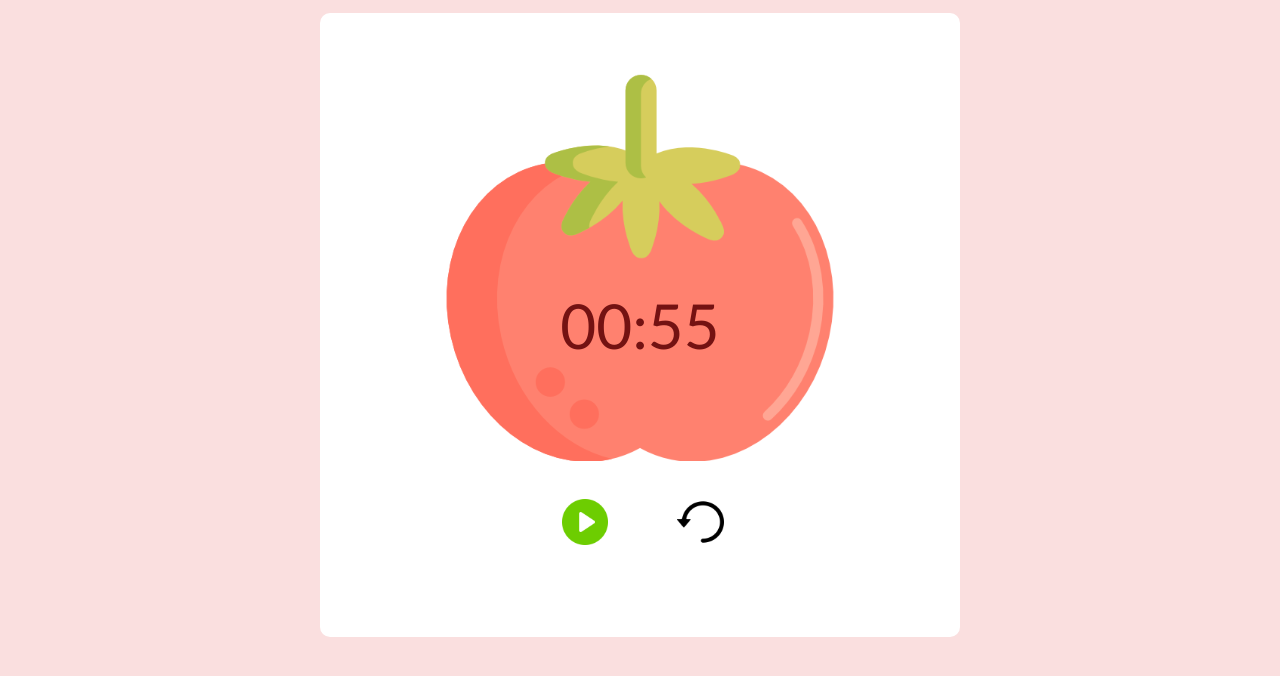
Repository: Dirlandia404/pomodoro
Page: /
The author's editor kept a copy of each file at every save. The page is drawn from the files as they stood at one save, then again after the next save.
The browser window is 1280 px wide. The pictures show the whole page.
The project was rebuilt for these pictures with package versions that can differ from the ones it lists, and the page was loaded fresh each time.

Above is the page before, as saved 2021-11-26 08:34:11.

### public/index.html
<!DOCTYPE html>
<html lang="en">

<head>
  <meta charset="utf-8" />
  <link rel="icon" href="%PUBLIC_URL%/image 1.png" />
  <meta name="viewport" content="width=device-width, initial-scale=1" />
  <meta name="theme-color" content="#000000" />
  <meta name="description" content="Web site created using create-react-app" />
  <link rel="apple-touch-icon" href="%PUBLIC_URL%/logo192.png" />


  <link rel="preconnect" href="https://fonts.googleapis.com">
  <link rel="preconnect" href="https://fonts.gstatic.com" crossorigin>
  <link href="https://fonts.googleapis.com/css2?family=Lato&display=swap" rel="stylesheet">

  <link rel="manifest" href="%PUBLIC_URL%/manifest.json" />

  <title>Pomodoro Clock</title>
</head>

<body>
  <noscript>You need to enable JavaScript to run this app.</noscript>
  <div id="root"></div>

</body>

</html>

### src/index.jsx
import React from "react";
import ReactDOM from "react-dom";
import Clock from "./componentes/Primeiro";

function App() {
    return(
        <div className="App">
            <Clock />
        </div>
    );
}
ReactDOM.render(
    <App />,
    document.getElementById("root")
)

### src/componentes/Primeiro.jsx

import { useEffect, useState } from "react";
import "./componente.css";


function Clock(cronometro,display){
    const [minutes, setMinutes] = useState(1);
    const [seconds, setSeconds] = useState(0);


    const formatMinutes =  minutes < 10 ? "0" + minutes : minutes;
    const formatSeconds =  seconds < 10 ? "0" + seconds : seconds;

   useEffect(() =>{
       let interval = setInterval(() => {
        clearInterval(interval);
        if(seconds === 0){
            if(minutes !== 0){
                setSeconds(59);
                setMinutes(minutes - 1);
            } else{
                //let minutes = displayMessage ? 24 : 4;
                let seconds = 59;
                setSeconds(seconds);
                setMinutes(minutes);
            }
        }else{
            setSeconds(seconds - 1)
        }
     }, 1000);
   }, [seconds]);
   /*
    */


    return (
        <main>
            <form action="">
                <img src="/tomato.svg" alt="Tomate" />
                <p className="time">{formatMinutes}:{formatSeconds}</p>
                <div className="butoes">
                    <button className="play" >
                        <img src="./botao-play.png" alt="" />
                    </button>

                    <button className="reset" >
                        <img src="./seta-circular.png" alt="" />
                    </button>
                </div>
            </form>
        </main>
    );
}

export default Clock

### src/componentes/componente.css
*{
    margin: 0;
    border: 0;
    padding: 0;
}
body{
    background-color: rgba(233, 93, 93, 0.192);

    display: flex;
    position: fixed;

    text-align: center;
    align-items: center;
    justify-content: center;
}
main {
    background-color: white;
    min-width: 375px;
    max-width: 50%;

    margin-left: 25vw;
    margin-right: 25vw;

    justify-content: center;

    padding: 2rem;
    border-radius: 10px;

    margin-top: 1%;
    margin-bottom: 1%;

}

form{
    display: flex;
    flex-direction: column;
    margin-top: 5%;
    margin-bottom: 5%;

}

img{
    width: 80%;
    margin-left: 10%;
}
p.time {

    margin-top: -40%;
    padding: 10%;
    font-size: 62px;
    font-family:  'Lato', sans-serif;
    color: rgb(116, 18, 18);
}
div.butoes{
    align-items: center;
}
button{
    background: none;
    margin-top: 50px;
    padding: 5%;
    width: 20%;
}

After the next save:
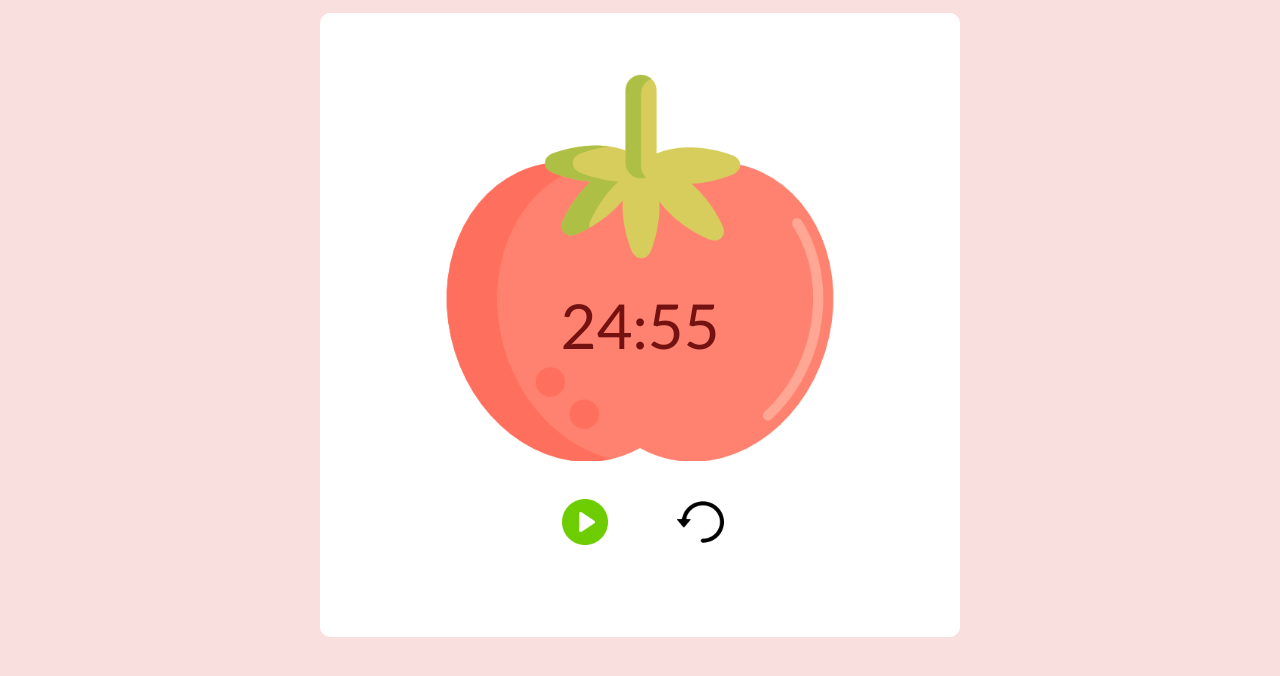
Saved 69 s later.
--- a/src/componentes/Primeiro.jsx
+++ b/src/componentes/Primeiro.jsx
@@ -4,7 +4,7 @@ import "./componente.css";
 
 
 function Clock(cronometro,display){
-    const [minutes, setMinutes] = useState(1);
+    const [minutes, setMinutes] = useState(25);
     const [seconds, setSeconds] = useState(0);
 
 
